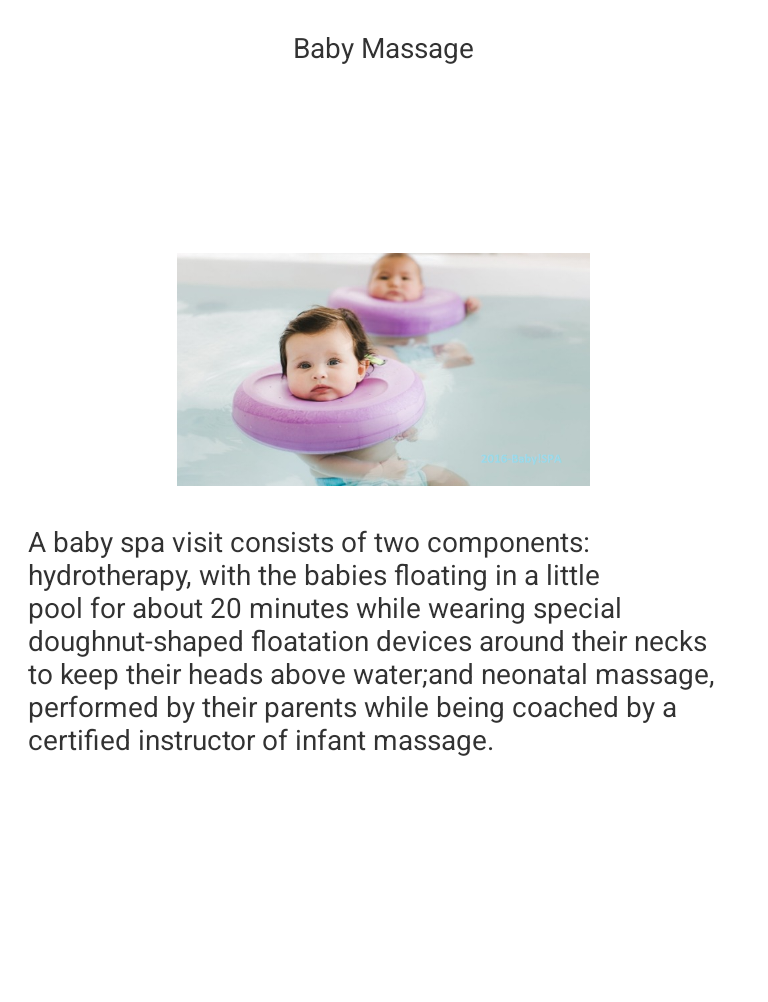
Repository: prettyamalia12/babyspa
Layout: Baby!SPA/res/layout/babymassage.xml
These files come from the project's save history. The layout is drawn as it stood at one moment and after the next save; the edit follows.
The pictures show rows 0 to 1002 of an output 1280 px tall.
Pictures or frames that could not be fetched are drawn as grey boxes. It is drawn on a 768 x 1280 px phone screen (xhdpi) without system bars, with theme AppTheme; the app's code is not run.

Above is the layout before, as saved 2016-12-02 04:55:02.

### Baby!SPA/res/layout/babymassage.xml
<?xml version="1.0" encoding="utf-8"?>
<RelativeLayout xmlns:android="http://schemas.android.com/apk/res/android"
    android:layout_width="fill_parent"
    android:layout_height="wrap_content"
    android:background="#FFFFFF"
    android:orientation="vertical"
    android:padding="14dp" >

    <ScrollView
        android:id="@+id/scroll"
        android:layout_width="fill_parent"
        android:layout_height="fill_parent"
        android:layout_above="@+id/feedback_send"
        android:fillViewport="true" >

        <RelativeLayout
            android:id="@+id/container"
            android:layout_width="fill_parent"
            android:layout_height="wrap_content" >

            <VideoView
                android:id="@+id/videoView1"
                android:layout_width="300dp"
                android:layout_height="125dp"
                android:layout_alignParentBottom="true"
                android:layout_centerHorizontal="true" />

            <TextView
                android:id="@+id/textViewisi"
                android:layout_width="wrap_content"
                android:layout_height="wrap_content"
                android:layout_alignParentLeft="true"
                android:layout_centerVertical="true"
                android:text="A baby spa visit consists of two components: hydrotherapy, with the babies floating in a little pool for about 20 minutes while wearing special doughnut-shaped floatation devices around their necks to keep their heads above water;and neonatal massage, performed by their parents while being coached by a certified instructor of infant massage." />

            <ImageView
                android:id="@+id/imageView2"
                android:layout_width="wrap_content"
                android:layout_height="wrap_content"
                android:layout_above="@+id/textViewisi"
                android:layout_centerHorizontal="true"
                android:layout_marginBottom="18dp"
                android:src="@drawable/footers" />

        </RelativeLayout>
    </ScrollView>

    <TextView
        android:id="@+id/textViewtitle"
        android:layout_width="wrap_content"
        android:layout_height="wrap_content"
        android:layout_alignTop="@+id/scroll"
        android:layout_centerHorizontal="true"
        android:text="Baby Massage" />

</RelativeLayout>

Loaded but not shown: Baby!SPA/res/values/styles.xml (common file); Baby!SPA/res/values-v11/styles.xml (common file); Baby!SPA/res/values-v14/styles.xml (common file)

After the next save:
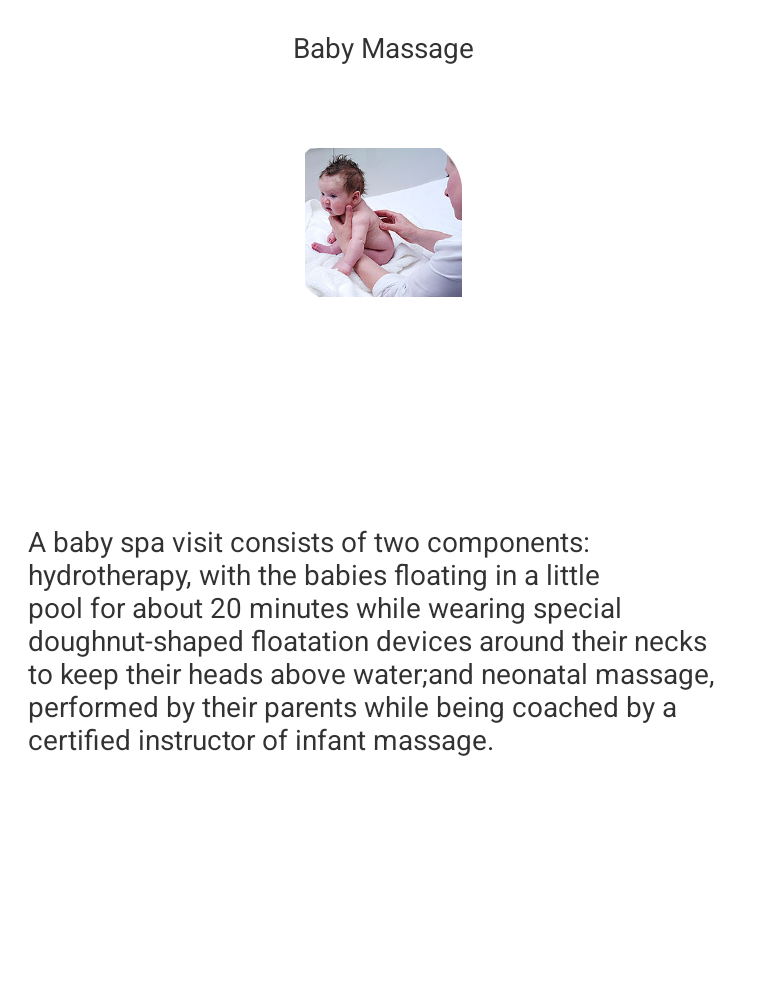
Saved 58 s later.
--- a/Baby!SPA/res/layout/babymassage.xml
+++ b/Baby!SPA/res/layout/babymassage.xml
@@ -34,13 +34,13 @@
                 android:text="A baby spa visit consists of two components: hydrotherapy, with the babies floating in a little pool for about 20 minutes while wearing special doughnut-shaped floatation devices around their necks to keep their heads above water;and neonatal massage, performed by their parents while being coached by a certified instructor of infant massage." />
 
             <ImageView
-                android:id="@+id/imageView2"
+                android:id="@+id/imageView1"
                 android:layout_width="wrap_content"
                 android:layout_height="wrap_content"
-                android:layout_above="@+id/textViewisi"
+                android:layout_alignParentTop="true"
                 android:layout_centerHorizontal="true"
-                android:layout_marginBottom="18dp"
-                android:src="@drawable/footers" />
+                android:layout_marginTop="60dp"
+                android:src="@drawable/fsd" />
 
         </RelativeLayout>
     </ScrollView>
